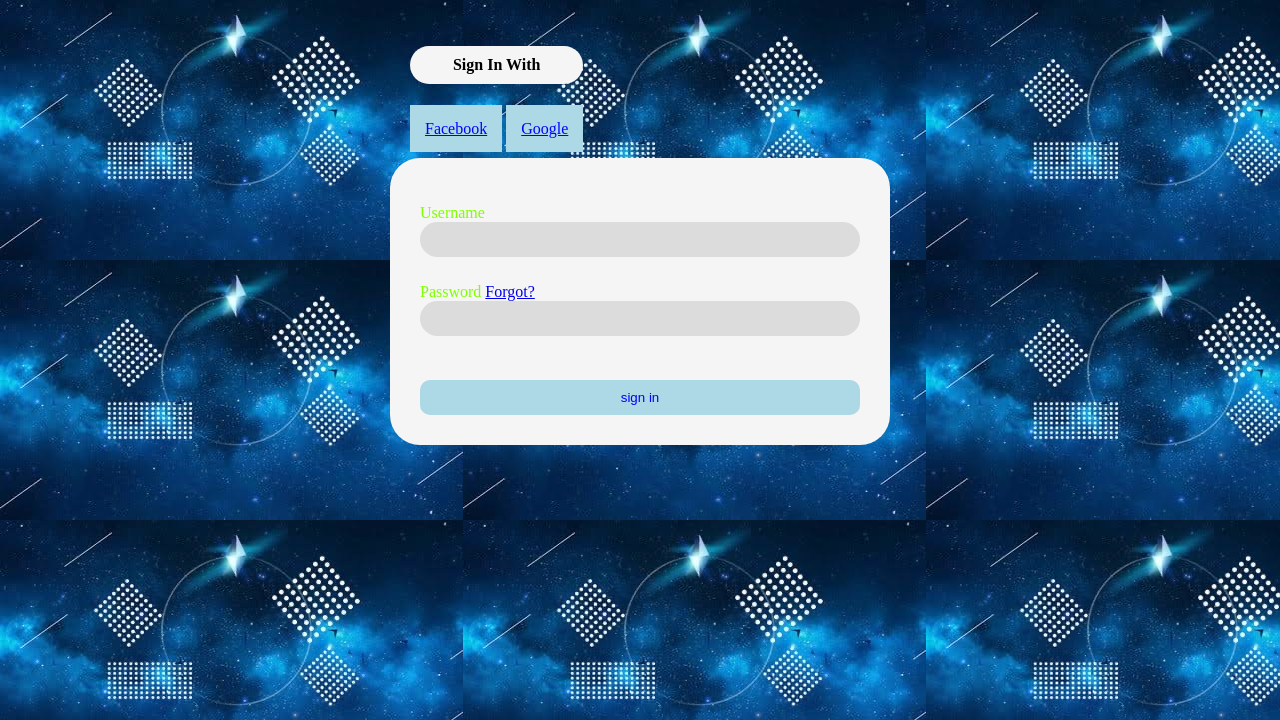
Repository: Tobby004/bdc-assignment-2
Page: index.html
An editor plug-in stored every save of this project. The page is shown before and after the next save, followed by the edit.
The browser window is 1280 px wide. The pictures show the whole page.

Above is the page before, as saved 2023-02-11 08:21:26.

### index.html
<!DOCTYPE html>
<html lang="en">
<head>
    <meta charset="UTF-8">
    <meta http-equiv="X-UA-Compatible" content="IE=edge">
    <meta name="viewport" content="width=<device-width>, initial-scale=1.0">
    <title>Document</title>
    <link rel="stylesheet" href="task.css">
</head>
<body>
    <header>
    <div class="box-container">
        <div class="box1">
        <br>
            <b>
             Sign In With
            </b>
        <br>
        <br>
        <a href="#">
            Facebook</a>
            <a href="#">
                Google
            </a>
        </div>
            </div>
        </header>


        <div class="form-input">
        <p>Username
            <br>
            <input type="text" placeholder="" />
        </p>
         <p>Password
            <a href="#">Forgot?</a>
            <br>
            <input type="password" />
         </p>
         <br>
         <button>sign in</button>
        </div>


</body>
</html>

### task.css
*{
    box-sizing:border-box;
}
header{

    display: flex;
    padding: 20px;
    max-width: 500px;
    margin-left: auto;
    margin-right: auto;
    border: none;
}
body{
    background-image: url(image/IMG100.JPG)
}
header b {
    background-color:whitesmoke ;
    display: flex;
    padding: 10px;
    border-radius: 40px;
    margin-right: auto;
    margin-left: auto;
    max-width: 500px;
    justify-content: center;
}
header a {
    display: flexbox;
    padding: 15px;
    color: blue;
    background-color: lightblue;
    width: 100%;
    max-width: 100px;
}
.form-input{
    display: block;
    max-width: 500px;
    background-color: whitesmoke;
    padding: 30px;
    color: chartreuse;
    margin-left: auto;
    margin-right: auto;
    border-radius: 30px;
}

input {
    background-color: gainsboro;
    display: flexbox;
    padding: 10px;
    width: 100%;
    border: none;
    border-radius: 30px;
    margin-bottom: 10px;
}
button {
    display: block;
    padding: 10px;
    width: 100%;
    border: none;
    color: blue;
    border-radius: 10px;
    background: lightblue;
}
footer {
    padding-inline-start: 40px;
    color: chartreuse;
    display: block;
    max-width: 500px;
    justify-content: center
}

After the next save:
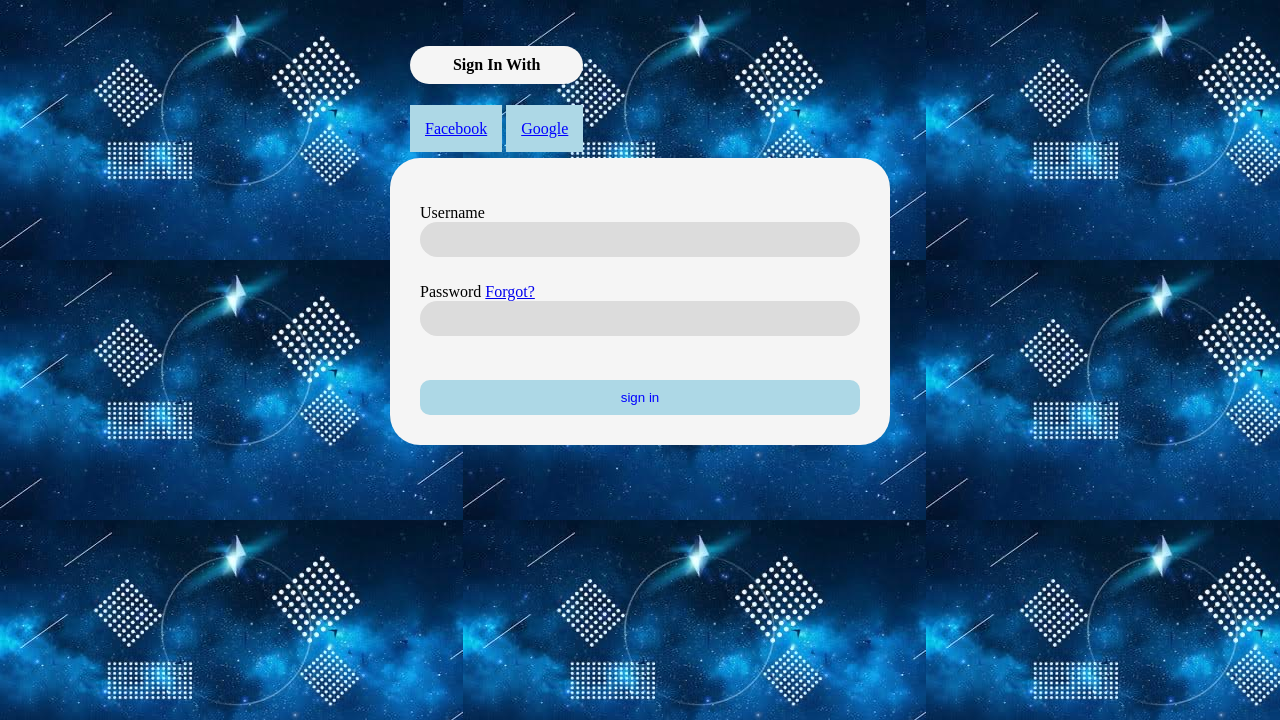
Saved 50 s later.
--- a/task.css
+++ b/task.css
@@ -36,7 +36,6 @@ header a {
     max-width: 500px;
     background-color: whitesmoke;
     padding: 30px;
-    color: chartreuse;
     margin-left: auto;
     margin-right: auto;
     border-radius: 30px;
